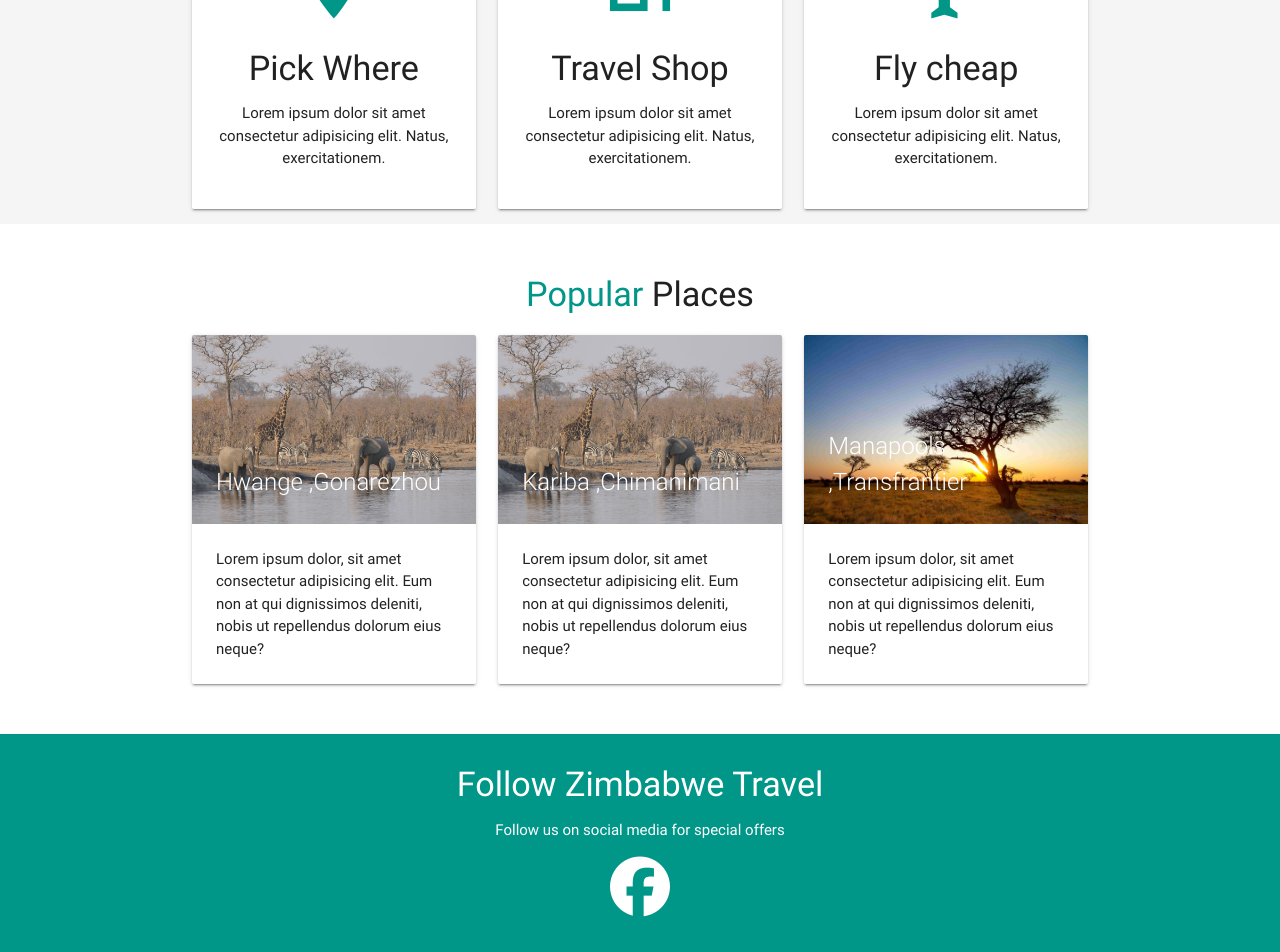
Repository: farrdy/materialize_website1_zim
Page: index.html
An editor plug-in stored every save of this project. The page is shown before and after the next save, followed by the edit.
The browser window is 1280 px wide. The pictures show the part of the page from y = 868 to 1820 px (the page is 1820 px tall).
Some web libraries are served in a nearby version.

Above is the page before, as saved 2020-01-01 22:45:20.

### index.html
<!DOCTYPE html>
<html>
  <head>
    <!--Import Google Icon Font-->
    <link
      href="https://fonts.googleapis.com/icon?family=Material+Icons"
      rel="stylesheet"
    />
    <!--Import materialize.css-->
    <link
      type="text/css"
      rel="stylesheet"
      href="css/materialize.min.css"
      media="screen,projection"
    />
    <link type="text/css" rel="stylesheet" href="css/main.css" />
    <script
      src="https://kit.fontawesome.com/04d0fe07bd.js"
      crossorigin="anonymous"
    ></script>

    <!--Let browser know website is optimized for mobile-->
    <meta name="viewport" content="width=device-width, initial-scale=1.0" />
    <title>Custom Materialize Theme</title>
  </head>

  <body>
    <div class="navbar-fixed">
      <nav class="teal">
        <div class="container">
          <div class="nav-wrapper">
            <a href="#Home" class="brand-logo">Zimbabwe Travelville</a>
            <a href="#" data-activates="mobile-nav" class="button-collapse">
              <i class="material-icons">menu</i>
            </a>
            <ul class=" right hide-on-med-and-down">
              <li><a href="#home">Home</a></li>
              <li><a href="#search">Search</a></li>
              <li><a href="#popular">Popular Places</a></li>
              <li><a href="#gallery">Gallery</a></li>
              <li><a href="#contact">Contact</a></li>
            </ul>
          </div>
        </div>
      </nav>
    </div>
    <ul class="side-nav" id="mobile-nav">
      <li><a href="#home">Home</a></li>
      <li><a href="#search">Search</a></li>
      <li><a href="#popular">Popular Places</a></li>
      <li><a href="#gallery">Gallery</a></li>
      <li><a href="#contact">Contact</a></li>
    </ul>

    <section class="slider">
      <ul class="slides">
        <li>
          <img src="img/resort1.jpg" alt="" />
          <div class="caption center-align">
            <h2>Take your dream vacation</h2>
            <h5 class="light grey-text  text-lighten-3 hide-on-small-only">
              Lorem ipsum, dolor sit amet consectetur adipisicing elit. Ipsam
              culpa optio explicabo! Facilis iure dolorem exercitationem
            </h5>
            <a href="#" class="btn btn-large">Learn More</a>
          </div>
        </li>
        <li>
          <img src="img/resort2.jpg" alt="" />
          <div class="caption left-align">
            <h2>We works with all budgets</h2>
            <h5 class="light grey-text  text-lighten-3 hide-on-small-only">
              Lorem ipsum, dolor sit amet consectetur adipisicing elit. Ipsam
              culpa optio explicabo! Facilis iure dolorem exercitationem
            </h5>
            <a href="#" class="btn btn-large">Learn More</a>
          </div>
        </li>
        <li>
          <img src="img/resort3.jpg" alt="" />
          <div class="caption right-align">
            <h2>Group & Individual Getaways</h2>
            <h5 class="light grey-text  text-lighten-3 hide-on-small-only">
              Lorem ipsum, dolor sit amet consectetur adipisicing elit. Ipsam
              culpa optio explicabo! Facilis iure dolorem exercitationem
            </h5>
            <a href="#" class="btn btn-large">Learn More</a>
          </div>
        </li>
      </ul>
    </section>

    <!-- Section :Search -->
    <section class="section section-search teal darken-1 white-text center">
      <div class="container">
        <div class="row">
          <div class="col s12">
            <h3>Search Destinations</h3>
            <div class="input-field">
              <input
                type="text"
                class="white grey-text autocomplete"
                placeholder="Victoria Falls,Nganga Mountains,Kariba Dam etc..."
                id="autocomplete-input"
              />
            </div>
          </div>
        </div>
      </div>
    </section>
    <!-- Section :Icon Boxes -->

    <section class="section-icons grey lighten-4 center">
      <div class="container">
        <div class="row">
          <div class="col s12 m4">
            <div class="card-panel">
              <i class="material-icons large teal-text">room</i>
              <h4>Pick Where</h4>
              <p>
                Lorem ipsum dolor sit amet consectetur adipisicing elit. Natus,
                exercitationem.
              </p>
            </div>
          </div>
          <div class="col s12 m4">
            <div class="card-panel">
              <i class="material-icons large teal-text">store</i>
              <h4>Travel Shop</h4>
              <p>
                Lorem ipsum dolor sit amet consectetur adipisicing elit. Natus,
                exercitationem.
              </p>
            </div>
          </div>
          <div class="col s12 m4">
            <div class="card-panel">
              <i class="material-icons large teal-text">airplanemode_active</i>
              <h4>Fly cheap</h4>
              <p>
                Lorem ipsum dolor sit amet consectetur adipisicing elit. Natus,
                exercitationem.
              </p>
            </div>
          </div>
        </div>
      </div>
    </section>

    <!-- Section:Popular -->

    <section class=" section section-popular">
      <div class="container">
        <div class="row">
          <h4 class="center">
            <span class="teal-text">Popular</span>
            Places
          </h4>
          <div class="col s12 m4">
            <div class="card">
              <div class="card-image">
                <img src="img/resort2.jpg" alt="" />
                <span class="card-title">Hwange ,Gonarezhou</span>
              </div>
              <div class="card-content">
                <p>
                  Lorem ipsum dolor, sit amet consectetur adipisicing elit. Eum
                  non at qui dignissimos deleniti, nobis ut repellendus dolorum
                  eius neque?
                </p>
              </div>
            </div>
          </div>
          <div class="col s12 m4">
            <div class="card">
              <div class="card-image">
                <img src="img/resort2.jpg" alt="" />
                <span class="card-title">Kariba ,Chimanimani</span>
              </div>
              <div class="card-content">
                <p>
                  Lorem ipsum dolor, sit amet consectetur adipisicing elit. Eum
                  non at qui dignissimos deleniti, nobis ut repellendus dolorum
                  eius neque?
                </p>
              </div>
            </div>
          </div>
          <div class="col s12 m4">
            <div class="card">
              <div class="card-image">
                <img src="img/resort3.jpg" alt="" />
                <span class="card-title">Manapools ,Transfrantier</span>
              </div>
              <div class="card-content">
                <p>
                  Lorem ipsum dolor, sit amet consectetur adipisicing elit. Eum
                  non at qui dignissimos deleniti, nobis ut repellendus dolorum
                  eius neque?
                </p>
              </div>
            </div>
          </div>
        </div>
      </div>
    </section>

    <!-- Section:Follow -->

    <section class="section section-follow teal darkern-2 white-text center">
      <div class="container">
        <div class="row">
          <div class="col s12">
            <h4>Follow Zimbabwe Travel</h4>
            <p>Follow us on social media for special offers</p>
            <a href="https://facebook.com" class="white-text" target="_blank">
              <i class="fab fa-facebook fa-4x"></i>
            </a>
          </div>
        </div>
      </div>
    </section>

    <!--Import jQuery before materialize.js-->
    <script
      type="text/javascript"
      src="https://code.jquery.com/jquery-3.2.1.min.js"
    ></script>
    <script type="text/javascript" src="js/materialize.min.js"></script>

    <script>
      $(document).ready(function() {
        // Custom JS & jQuery here
        $(".button-collapse").sideNav();

        $(".slider").slider({
          indicators: false,
          height: 500,
          transition: 500,
          interval: 6000
        });

        $(".autocomplete").autocomplete({
          data: {
            Nyanga: null,
            Kariba: null,
            "Victoria Falls": null,
            "Gonarezhouu National park": null,
            "Hwange National Park": null,
            "Manapools National Park": null,
            Chimanimani: null
          }
        });
      });
    </script>
  </body>
</html>

### css/main.css
.slider .btn {
  margin-top: 20px;
}

.section-search input {
  padding: 5x !important;
  font-size: 18px !important;
  width: 90% !important;
  border: #f4f4f4 3px solid !important;
}

.autocomplete-content {
  position: absolute;
  width: 100%;
  text-align: center;
}

Loaded but not shown: css/materialize.min.css (library); js/materialize.min.js (library)

After the next save:
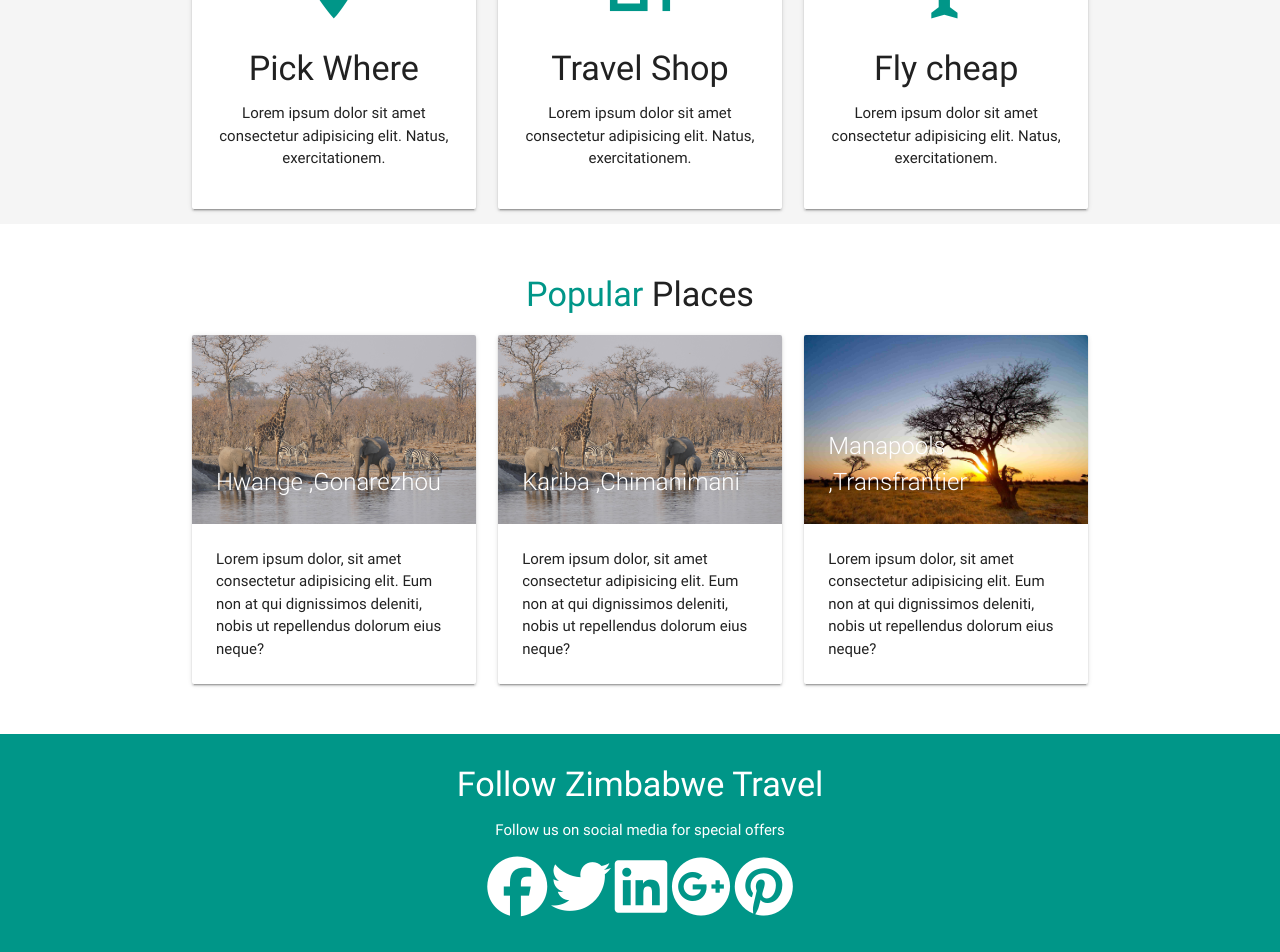
Saved 2 min 36 s later.
--- a/index.html
+++ b/index.html
@@ -216,6 +216,18 @@
             <a href="https://facebook.com" class="white-text" target="_blank">
               <i class="fab fa-facebook fa-4x"></i>
             </a>
+            <a href="https://twitter.com" class="white-text" target="_blank">
+              <i class="fab fa-twitter fa-4x"></i>
+            </a>
+            <a href="https://linkedin.com" class="white-text" target="_blank">
+              <i class="fab fa-linkedin fa-4x"></i>
+            </a>
+            <a href="https://googleplus.com" class="white-text" target="_blank">
+              <i class="fab fa-google-plus fa-4x"></i>
+            </a>
+            <a href="https://pinterest.com" class="white-text" target="_blank">
+              <i class="fab fa-pinterest fa-4x"></i>
+            </a>
           </div>
         </div>
       </div>
